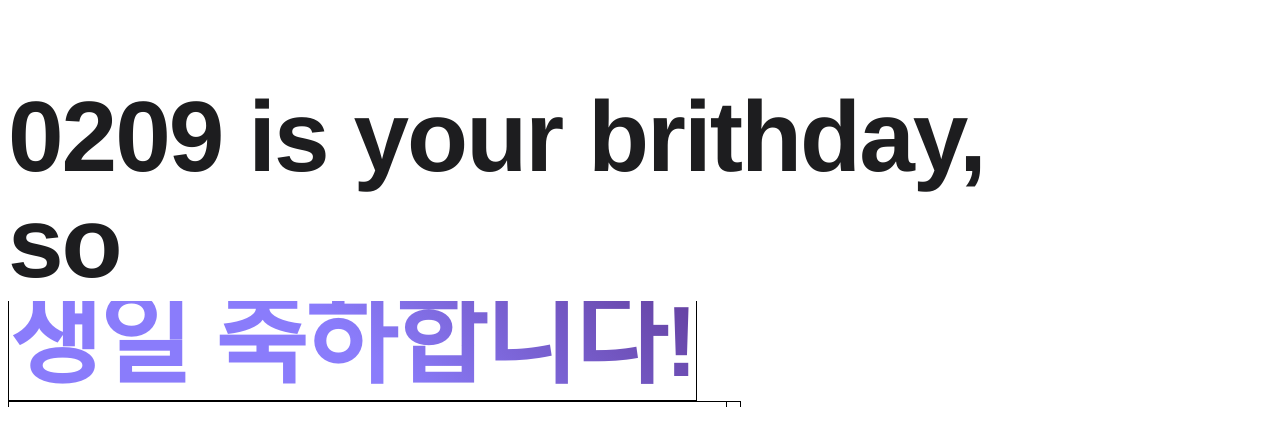
Repository: Caococos/02-09
Page: /
These files come from the project's save history. The page is drawn as it stood at one moment and after the next save; the edit follows.
The browser window is 1280 px wide. The pictures show the whole page.
The project was rebuilt for these pictures with package versions that can differ from the ones it lists, and the page was loaded fresh each time. Also part of the build but not shown: vue.config.js.

Above is the page before, as saved 2021-06-11 22:26:31.

After the next save:
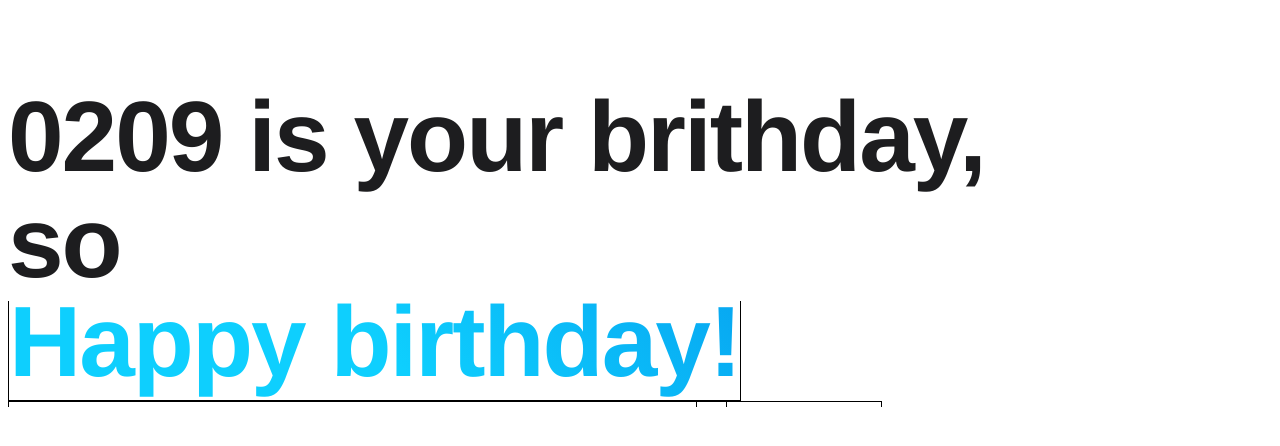
Saved 26 s later.
--- a/src/views/home/Home.vue
+++ b/src/views/home/Home.vue
@@ -16,7 +16,7 @@
 export default {
   name: 'Home',
   mounted() {
-    this.move()
+    // this.move()
   },
   methods: {
     move() {
